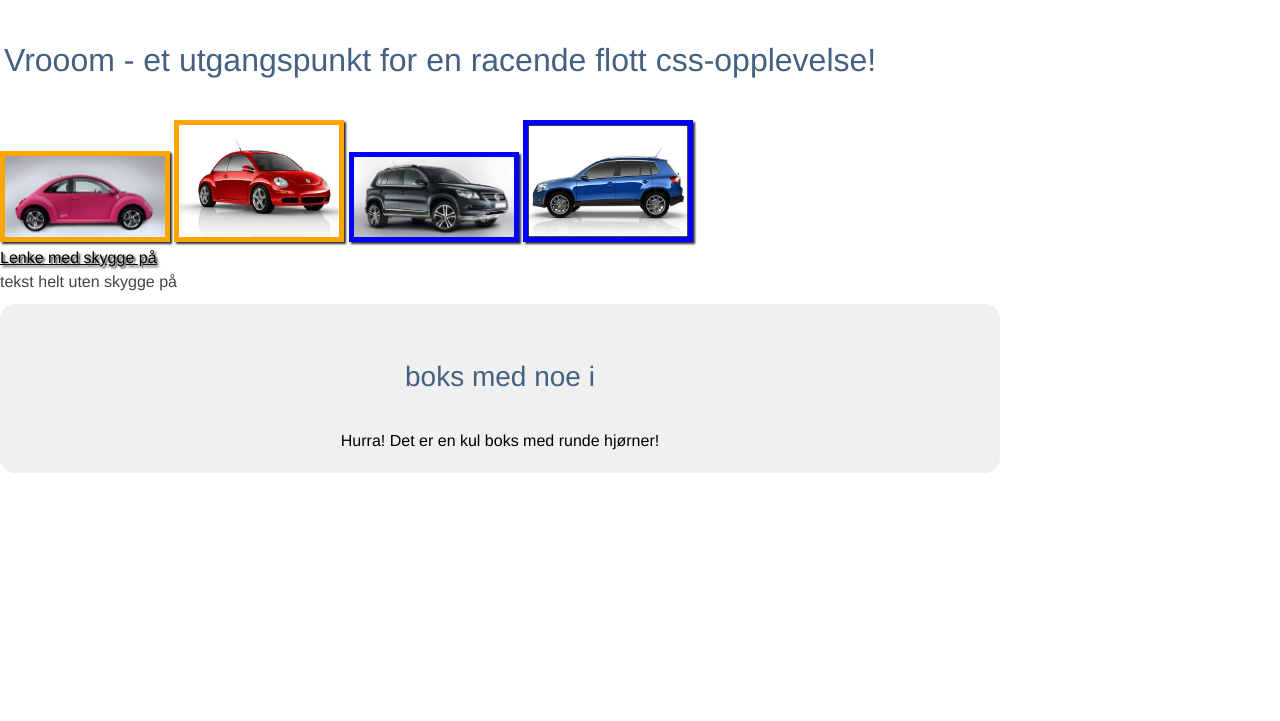
Repository: mesan/css-kurs
Page: kode/wroom/index.html
The author's editor kept a copy of each file at every save. The page is drawn from the files as they stood at one save, then again after the next save.
The browser window is 1280 px wide. The pictures show the whole page.

Above is the page before, as saved 2013-01-21 21:35:59.

After the next save:
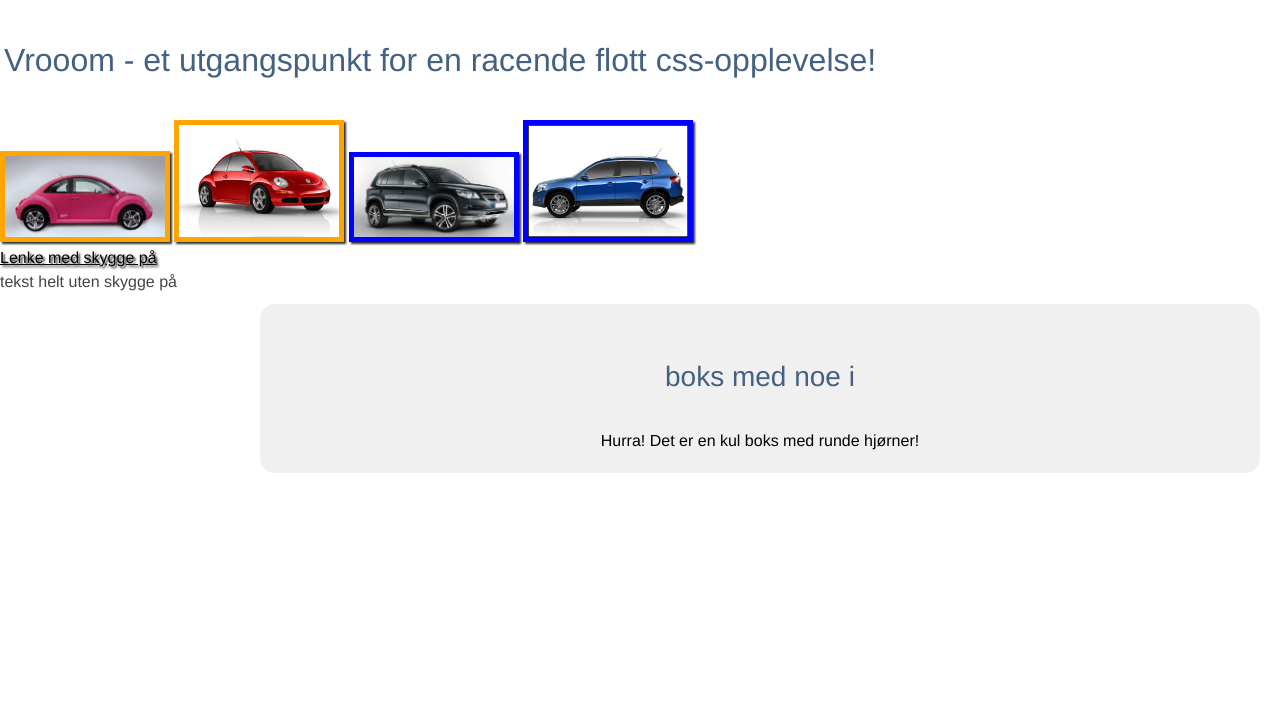
Saved 52 s later.
--- a/kode/wroom/styles/examples.css
+++ b/kode/wroom/styles/examples.css
@@ -34,6 +34,10 @@ p{
 .container{
     background: #F0F0F0;
     width: 75%;
+
+    margin-left:auto;
+    margin-right:auto;
+
     padding: 1.250em;
     margin-top: 0.625em;
     margin-right: 1.250em;
